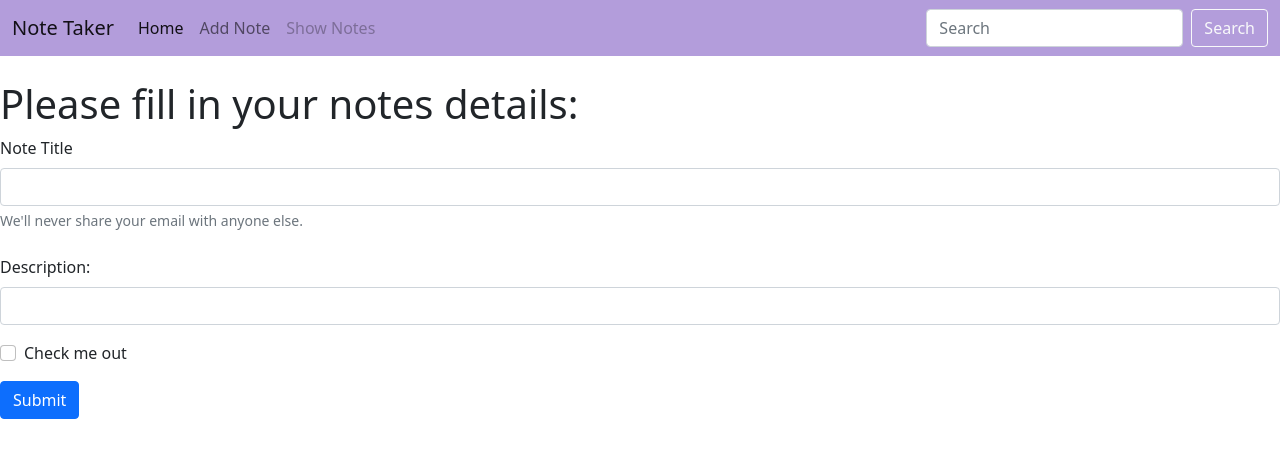
Repository: Tanmoy4672/Hibernate
Page: http://localhost/NoteTaker/add_notes.jsp
These files come from the project's save history. The page is drawn as it stood at one moment and after the next save; the edit follows.
The browser window is 1280 px wide. The pictures show the whole page.
The page is served by Tomcat 9.

Above is the page before, as saved 2021-12-16 06:12:35.

After the next save:
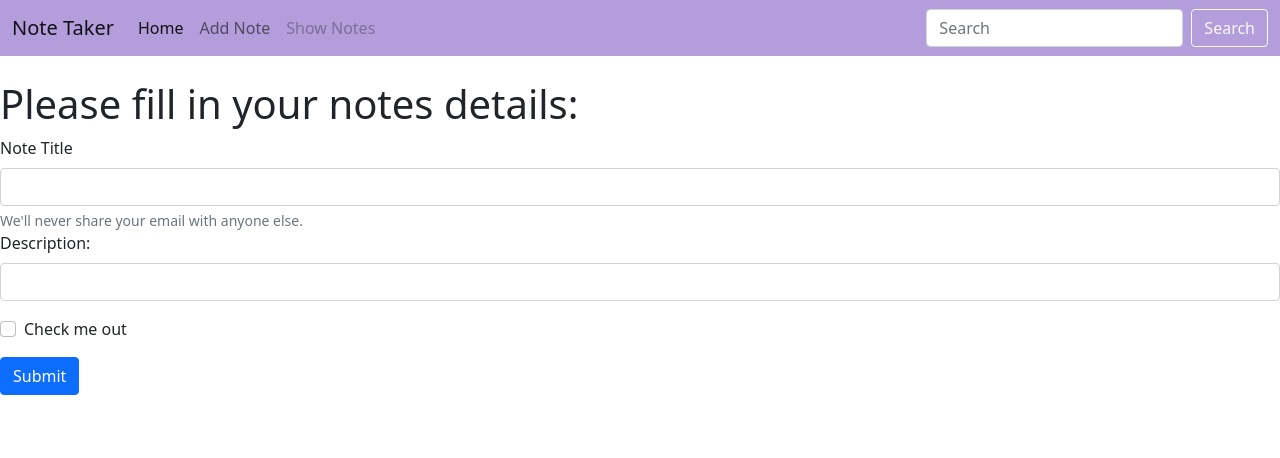
Saved 24 s later.
--- a/NoteTaker/src/main/webapp/add_notes.jsp
+++ b/NoteTaker/src/main/webapp/add_notes.jsp
@@ -17,7 +17,7 @@
 <h1>Please fill in your notes details:</h1>
 	<!-- This is add notes form -->
 	<form action="SaveNoteServlet" method="POST">
-		<div class="mb-4">
+		<div class="mb-">
 			<label for="exampleInputEmail1" class="form-label">Note Title</label>
 			 <input type="text" class="form-control"
 				id="exampleInputEmail1" aria-describedby="emailHelp">
